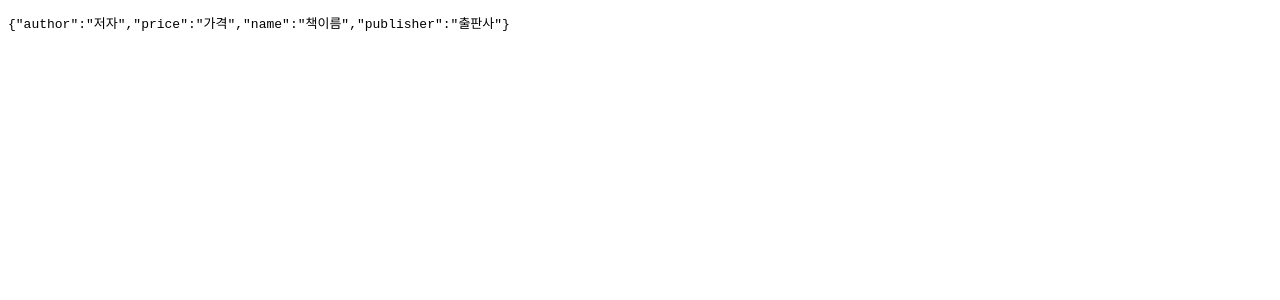
Repository: KYJIN1024/kic_jquery
Page: http://localhost/AjaxEx01/json3.jsp
These files come from the project's save history. The page is drawn as it stood at one moment and after a run of saves; the edit follows.
The browser window is 1280 px wide. The pictures show the whole page.
The page is served by Tomcat 9.

Above is the page before, as saved 2023-05-12 02:39:37.

After the next 2 saves:
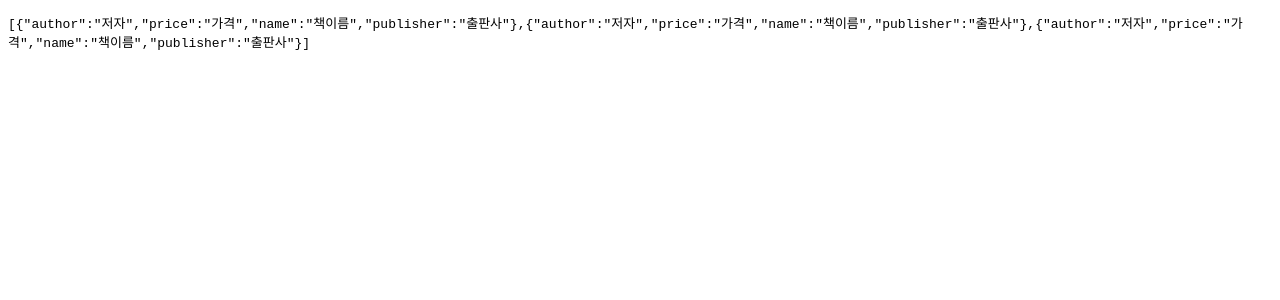
The 2 saves are shown as one change because 1 did not build or start.
The last was saved 3 min 18 s later.
--- a/AjaxEx01/src/main/webapp/json3.jsp
+++ b/AjaxEx01/src/main/webapp/json3.jsp
@@ -5,14 +5,18 @@
 <%@ page import="org.json.simple.JSONObject" %>
 
 <%
+	JSONArray arr = new JSONArray();
+	for( int i=1; i<=3; i++) {
 	JSONObject obj = new JSONObject();
 	obj.put( "name" , "책이름" );
 	obj.put( "publisher" , "출판사" );
 	obj.put( "author" , "저자" );
 	obj.put( "price" , "가격" );
 
-	out.println(obj);
+	arr.add( obj );
+	}
 
 
+	out.println(arr);
 
 %>
